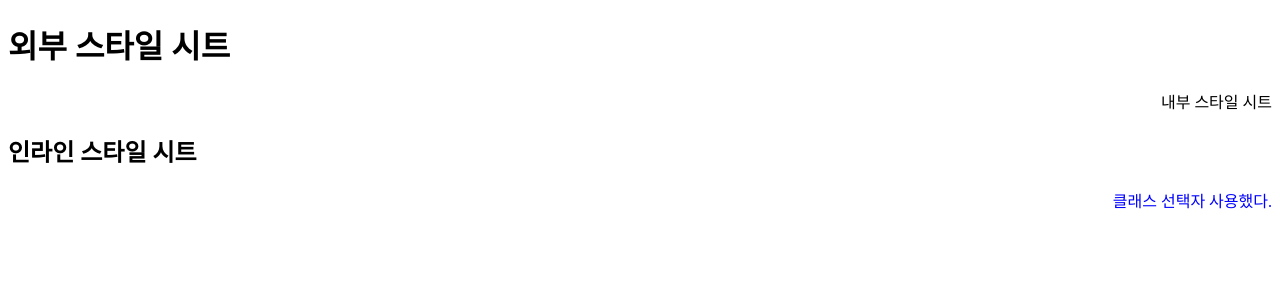
Repository: bh03/bh03.github.io
Page: css.html
The author's editor kept a record of every edit. The page is drawn from the files as they stood at one moment, then again after the next edit.
The browser window is 1280 px wide. The pictures show the whole page.

Above is the page before.

After the next edit:
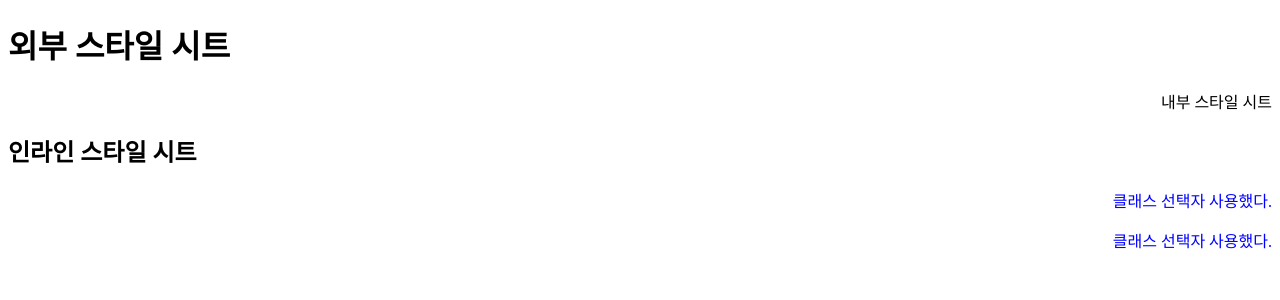
The edit:
--- a/css.html
+++ b/css.html
@@ -13,5 +13,14 @@
         <p align="right">내부 스타일 시트</p>
         <h2 style=font-family:고딕;> 인라인 스타일 시트</h2>
         <p class="test" align="right"> 클래스 선택자 사용했다.</p>
+        <p class="test" align="right"> </p>
+        <p class="test" align="right"> </p>
+        <p class="test" align="right"> </p>
+        <p class="test" align="right"> </p>
+        <p class="test" align="right"> </p>
+        <p class="test" align="right"> </p>
+        <p class="test" align="right"> </p>
+        <p class="test" align="right"> 클래스 선택자 사용했다.</p>
     </body>
+
 </html>
